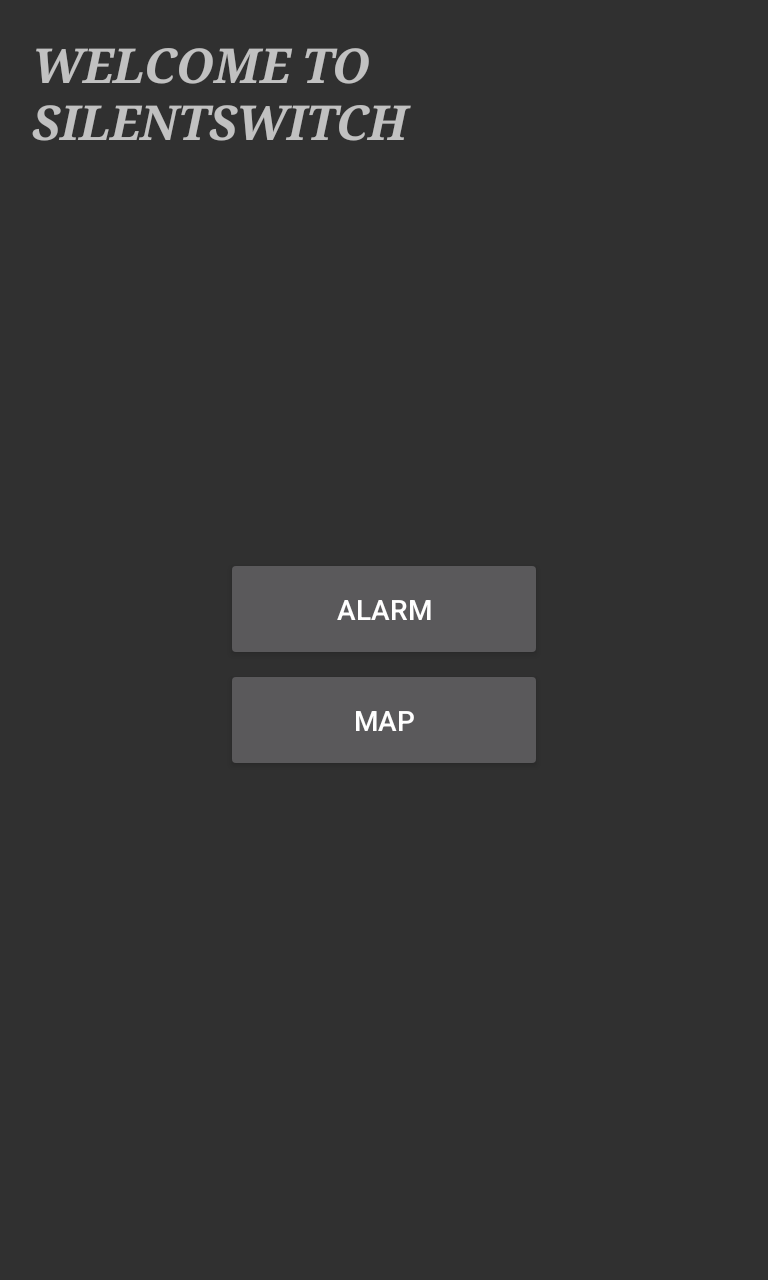
Repository: karakor/SilentSwitch2
Layout: SilentSwitch/res/layout/activity_main.xml
The author's editor kept a copy of each file at every save. The layout is drawn from the files as they stood at one save, then again after the next save.
It is drawn on a 768 x 1280 px phone screen (xhdpi) without system bars, with theme Theme.AppCompat; the app's code is not run.

Above is the layout before, as saved 2015-03-02 11:00:05.

After the next save:
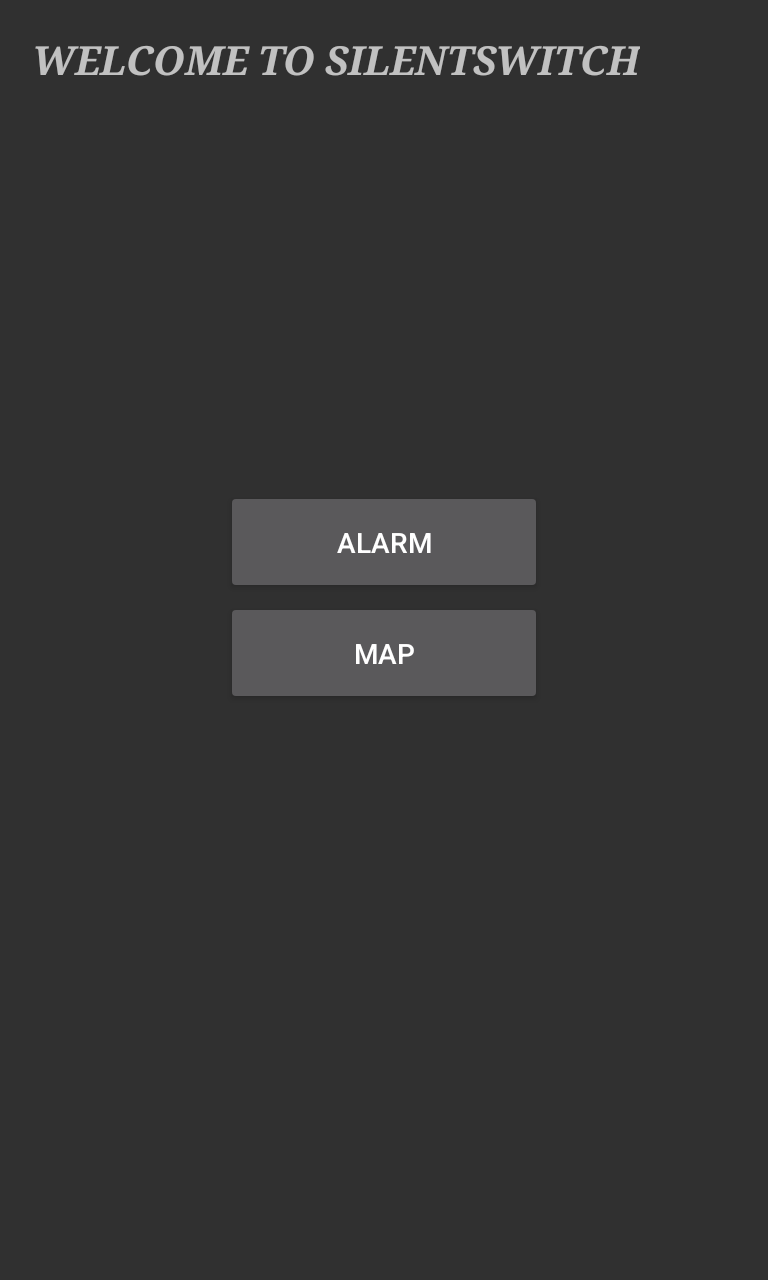
Saved 54 s later.
--- a/SilentSwitch/res/layout/activity_main.xml
+++ b/SilentSwitch/res/layout/activity_main.xml
@@ -13,7 +13,7 @@
         android:layout_width="wrap_content"
         android:layout_height="wrap_content"
         android:text="@string/hello_world"
-        android:textSize="24sp"
+        android:textSize="20sp"
         android:textStyle="bold|italic"
         android:typeface="serif"  />
 
